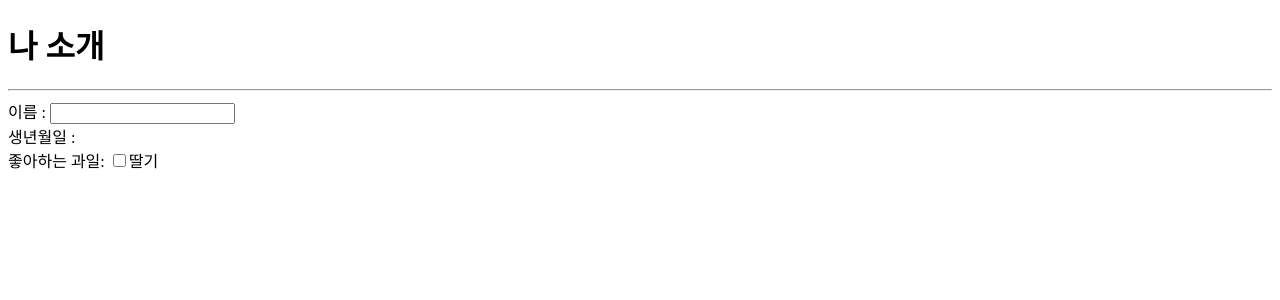
Repository: jpg723/Assignment
Page: http://localhost/final_20200997/final_4/jstl.jsp
The author's editor kept a copy of each file at every save. The page is drawn from the files as they stood at one save, then again after the next save.
The browser window is 1280 px wide. The pictures show the whole page.
The page is served by Tomcat 9. Other server files are loaded and not shown.

Above is the page before, as saved 2021-12-20 12:00:45.

### 웹프로그래밍/final_20200997/src/main/webapp/final_4/jstl.jsp
<%@ page language="java" contentType="text/html; charset=UTF-8"
    pageEncoding="UTF-8"%>
<!DOCTYPE html>
<html>
<head>
<meta charset="UTF-8">
<title>final4</title>
</head>
<body>
<div>
<form>
	<h1>나 소개</h1>
	<hr>
	이름 : <input type="text" name="name"><br>
	생년월일 : <br>
	좋아하는 과일:
	<input type="checkbox" name="딸기" value="딸기">딸기
</form>
</div>
</body>
</html>

After the next save:
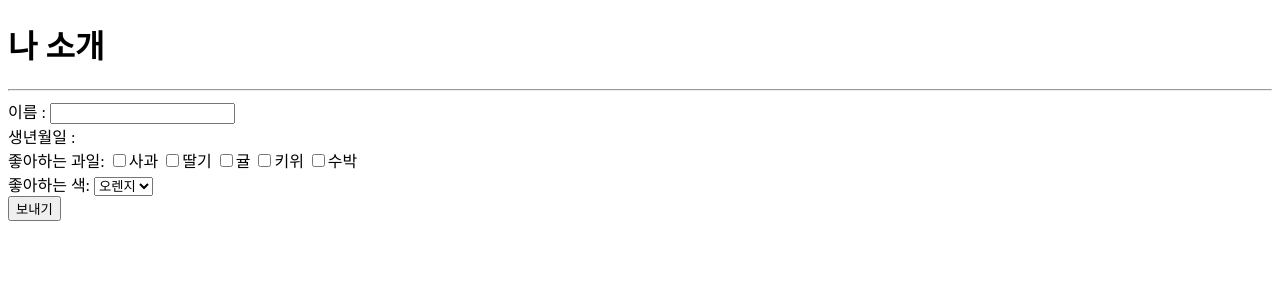
Saved 2 min 33 s later.
--- a/웹프로그래밍/final_20200997/src/main/webapp/final_4/jstl.jsp
+++ b/웹프로그래밍/final_20200997/src/main/webapp/final_4/jstl.jsp
@@ -14,7 +14,20 @@
 	이름 : <input type="text" name="name"><br>
 	생년월일 : <br>
 	좋아하는 과일:
+	<input type="checkbox" name="사과" value="사과">사과
 	<input type="checkbox" name="딸기" value="딸기">딸기
+	<input type="checkbox" name="귤" value="귤">귤
+	<input type="checkbox" name="키위" value="키위">키위
+	<input type="checkbox" name="수박" value="수박">수박
+	<br>
+	좋아하는 색:
+	<select name="color">
+		<option value="오렌지">오렌지</option>
+		<option value="파랑">파랑</option>
+		<option value="직장">직장</option>
+	</select>
+	<br>
+	<input type="submit" value="보내기">
 </form>
 </div>
 </body>
